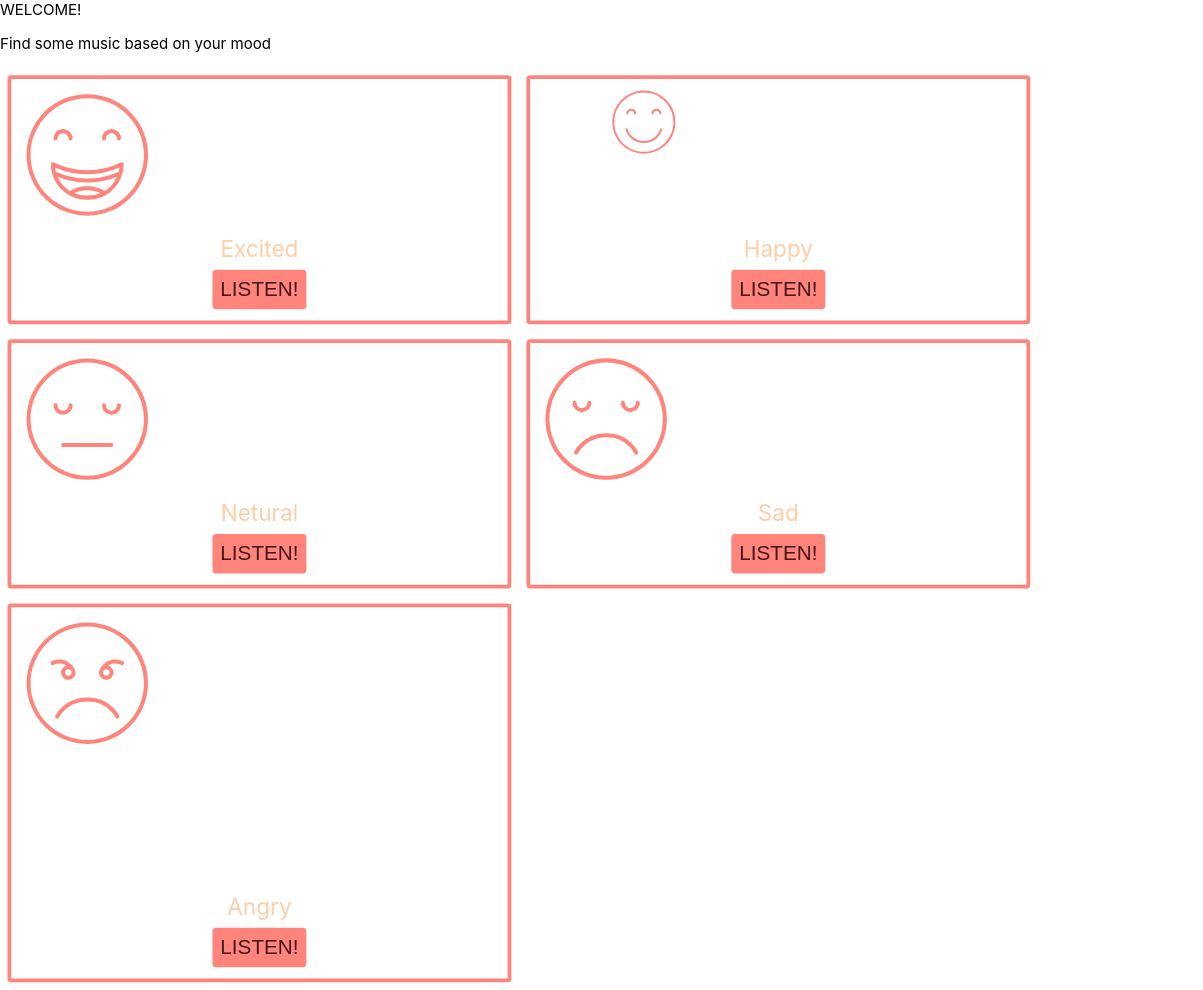
Repository: majakesin/moodify-app
Page: /
An editor plug-in stored every save of this project. The page is shown before and after the next save, followed by the edit.
The browser window is 1280 px wide. The pictures show the whole page, at 94% of full size.
The project was rebuilt for these pictures with package versions that can differ from the ones it lists, and the page was loaded fresh each time.

Above is the page before, as saved 2023-08-21 13:08:33.

### public/index.html
<!DOCTYPE html>
<html lang="en">
  <head>
    <meta charset="utf-8" />
    <link rel="icon" href="%PUBLIC_URL%/logo.svg" />
    <meta name="viewport" content="width=device-width, initial-scale=1" />
    <meta name="theme-color" content="#000000" />
    <meta
      name="description"
      content="Moodify -- App that gives yours ears the best music based on your mood"
    />
    <link rel="apple-touch-icon" href="%PUBLIC_URL%/logo.svg" />
    <!--
      manifest.json provides metadata used when your web app is installed on a
      user's mobile device or desktop. See https://developers.google.com/web/fundamentals/web-app-manifest/
    -->
    <link rel="manifest" href="%PUBLIC_URL%/manifest.json" />
    <!--
      Notice the use of %PUBLIC_URL% in the tags above.
      It will be replaced with the URL of the `public` folder during the build.
      Only files inside the `public` folder can be referenced from the HTML.

      Unlike "/favicon.ico" or "favicon.ico", "%PUBLIC_URL%/favicon.ico" will
      work correctly both with client-side routing and a non-root public URL.
      Learn how to configure a non-root public URL by running `npm run build`.
    -->
    <title>Moodify</title>
  </head>
  <body>
    <noscript>You need to enable JavaScript to run this app.</noscript>
    <div id="root"></div>
    <!--
      This HTML file is a template.
      If you open it directly in the browser, you will see an empty page.

      You can add webfonts, meta tags, or analytics to this file.
      The build step will place the bundled scripts into the <body> tag.

      To begin the development, run `npm start` or `yarn start`.
      To create a production bundle, use `npm run build` or `yarn build`.
    -->
  </body>
</html>

### src/App.js
import "./App.css";
import ChooseMood from "./pages/ChooseMood";

function App() {
  return (
    <div className="App">
      <ChooseMood />
    </div>
  );
}

export default App;

### src/App.css
@import '../src//styles/variables.css';

button {
  border: none;
  border-radius: 4px;
  padding: 8px;
  font-size: 22px;;
  margin: 4px;
  background-color: var(--third-color);
  color: var(--first-color);
}

button:hover {
  cursor: pointer;
}

### src/pages/ChooseMood/index.jsx
import { moods } from 'src/data/moods'
import Mood from 'src/components/Mood';

import styles from './index.module.css';

const ChooseMood = () => {

    return (
        <div>
            WELCOME!
            <p>Find some music based on your mood </p>
            <div className={styles['mood-list']}>
                {moods.map(({ type, icon }) => {
                    return (<Mood type={type} icon={icon} />)
                })}
            </div>
        </div>
    )

};

export default ChooseMood;

### src/styles/variables.css
:root,
:root.pink {
    --first-color: #45171d;
    --second-color: #e84a5f;
    --third-color: #ff847c;
    --fourth-color: #fecea8;
}
    :root.rainbow {
        --first-color: #cbf078;
        --second-color: #f8f398;
        --third-color: #f1b963;
        --fourth-color: #e46161;
    }
    :root.blue {
        --first-color: #5585b5;
        --second-color: #53a8b6;
        --third-color: #79c2d0;
        --fourth-color: #bbe4e9;
    }

### src/data/moods.js
export const moods = [
    {
        type: 'Excited',
        icon: <svg id="SvgjsSvg1081" xmlns="http://www.w3.org/2000/svg" version="1.1" xmlnsXlink="http://www.w3.org/1999/xlink" xmlnsSvgjs="http://svgjs.com/svgjs">
                <defs id="SvgjsDefs1082"></defs>
                <g id="SvgjsG1083">
                    <svg   preserveAspectRatio="xMidYMid meet" xmlns="http://www.w3.org/2000/svg" data-name="Layer 1" viewBox="0 0 1012 1012" width="288" height="288">
                        <path fill="currentcolor" d="M416.51318,95.48682A226.99992,226.99992,0,1,0,95.48682,416.51318,226.99992,226.99992,0,1,0,416.51318,95.48682ZM256,468C139.103,468,44,372.897,44,256S139.103,44,256,44s212,95.103,212,212S372.897,468,256,468ZM137.5,202a7.50006,7.50006,0,0,0,7.5-7.5,20.5,20.5,0,0,1,41,0,7.5,7.5,0,0,0,15,0,35.5,35.5,0,0,0-71,0A7.50006,7.50006,0,0,0,137.5,202Zm181,0a7.50006,7.50006,0,0,0,7.5-7.5,20.5,20.5,0,0,1,41,0,7.5,7.5,0,0,0,15,0,35.5,35.5,0,0,0-71,0A7.50006,7.50006,0,0,0,318.5,202Zm69.95947,82.13037a7.49875,7.49875,0,0,0-7.27832-.356A284.51645,284.51645,0,0,1,257.5,313h-1.48a284.55042,284.55042,0,0,1-125.2002-29.2251A7.4999,7.4999,0,0,0,120,290.5a132.31839,132.31839,0,0,0,79.15625,121.32324A131.47888,131.47888,0,0,0,252.5,423h7a132.5854,132.5854,0,0,0,127.794-97.37988A133.06894,133.06894,0,0,0,392,290.5,7.5003,7.5003,0,0,0,388.45947,284.13037ZM259.5,408h-7a116.58888,116.58888,0,0,1-46.02222-9.36157C219.72205,391.8783,237.33752,388,256.002,388c18.66236,0,36.27466,3.87708,49.51734,10.63538A116.56076,116.56076,0,0,1,259.5,408Zm83.08691-34.41309a117.56809,117.56809,0,0,1-21.38024,16.93219C305.07166,379.48517,281.17847,373,256.002,373c-25.18383,0-49.0852,6.48932-65.22168,17.52966a116.81051,116.81051,0,0,1-46.07495-53.13611,299.90773,299.90773,0,0,0,111.31323,21.61036c.5044,0,1.01612-.00147,1.52051-.00391A300.023,300.023,0,0,0,367.2478,337.40454,117.86031,117.86031,0,0,1,342.58691,373.58691ZM373.6593,318.347A284.8703,284.8703,0,0,1,257.46094,344c-.49219.00293-.97412.00391-1.46387.00391a284.90227,284.90227,0,0,1-117.65942-25.65967,117.74477,117.74477,0,0,1-2.72388-15.77832A299.64178,299.64178,0,0,0,256.02,328h1.519a299.80874,299.80874,0,0,0,118.84668-25.43555A117.6884,117.6884,0,0,1,373.6593,318.347Z" class="color2c2b2d svgShape"></path>
                    </svg>
                </g>
             </svg>
    },
    {
        type: 'Happy',
        icon: <svg id="SvgjsSvg1102" xmlns="http://www.w3.org/2000/svg" version="1.1" xmlnsXlink="http://www.w3.org/1999/xlink" xmlnsSvgjs="http://svgjs.com/svgjs">
                <defs id="SvgjsDefs1103"></defs>
                <g id="SvgjsG1104">
                    <svg xmlns="http://www.w3.org/2000/svg" data-name="Layer 1" viewBox="0 0 1012 1012" >
                        <path fill="currentcolor" d="M382.042,299.40674a7.496,7.496,0,0,0-9.21582,5.251A117.42927,117.42927,0,0,1,259.5,391h-7a117.41578,117.41578,0,0,1-113.32715-86.33447,7.49971,7.49971,0,1,0-14.46484,3.96875A132.417,132.417,0,0,0,252.5,406h7a132.58733,132.58733,0,0,0,127.793-97.37744A7.4999,7.4999,0,0,0,382.042,299.40674ZM416.51367,95.48682A227.00026,227.00026,0,0,0,95.48633,416.51318,227.00026,227.00026,0,0,0,416.51367,95.48682ZM256,468C139.10254,468,44,372.897,44,256S139.10254,44,256,44s212,95.103,212,212S372.89746,468,256,468ZM137.5,202a7.49974,7.49974,0,0,0,7.5-7.5,20.5,20.5,0,0,1,41,0,7.5,7.5,0,0,0,15,0,35.5,35.5,0,0,0-71,0A7.49974,7.49974,0,0,0,137.5,202Zm181,0a7.49974,7.49974,0,0,0,7.5-7.5,20.5,20.5,0,0,1,41,0,7.5,7.5,0,0,0,15,0,35.5,35.5,0,0,0-71,0A7.49974,7.49974,0,0,0,318.5,202Z" class="color2c2b2d svgShape"></path>
                    </svg>
                </g>
            </svg> ,
    },
    {
        type: 'Netural',
        icon: <svg id="SvgjsSvg1123" width="288" xmlns="http://www.w3.org/2000/svg" version="1.1" xmlnsXlink="http://www.w3.org/1999/xlink" xmlnsSvgjs="http://svgjs.com/svgjs">
                <defs id="SvgjsDefs1124"></defs>
                <g id="SvgjsG1125">
                    <svg xmlns="http://www.w3.org/2000/svg" data-name="Layer 1" viewBox="0 0 1012 1012" width="288" height="288">
                        <path fill="currentcolor" d="M201,204.5a7.5,7.5,0,0,0-15,0,20.5,20.5,0,0,1-41,0,7.5,7.5,0,0,0-15,0,35.5,35.5,0,0,0,71,0ZM374.5,197a7.50006,7.50006,0,0,0-7.5,7.5,20.5,20.5,0,0,1-41,0,7.5,7.5,0,0,0-15,0,35.5,35.5,0,0,0,71,0A7.50006,7.50006,0,0,0,374.5,197ZM416.51318,95.48682A226.99992,226.99992,0,1,0,95.48682,416.51318,226.99992,226.99992,0,1,0,416.51318,95.48682ZM256,468C139.103,468,44,372.897,44,256S139.103,44,256,44s212,95.103,212,212S372.897,468,256,468Zm90-123H166a7.5,7.5,0,0,0,0,15H346a7.5,7.5,0,0,0,0-15Z" class="color2c2b2d svgShape"></path>
                    </svg>
                </g>
            </svg>,
    },
    {
        type: 'Sad',
        icon: <svg id="SvgjsSvg1193" width="288" xmlns="http://www.w3.org/2000/svg" version="1.1" xmlnsXlink="http://www.w3.org/1999/xlink" xmlnsSvgjs="http://svgjs.com/svgjs">
                <defs id="SvgjsDefs1194"></defs>
                <g id="SvgjsG1195">
                    <svg xmlns="http://www.w3.org/2000/svg" data-name="Layer 1" viewBox="0 0 1012 1012" width="288" height="288">
                         <path fill="currentcolor" d="M165.5,230A35.54028,35.54028,0,0,0,201,194.5a7.5,7.5,0,0,0-15,0,20.5,20.5,0,0,1-41,0,7.5,7.5,0,0,0-15,0A35.54028,35.54028,0,0,0,165.5,230Zm209-43a7.50006,7.50006,0,0,0-7.5,7.5,20.5,20.5,0,0,1-41,0,7.5,7.5,0,0,0-15,0,35.5,35.5,0,0,0,71,0A7.50006,7.50006,0,0,0,374.5,187ZM353.19336,347.94678A132.16887,132.16887,0,0,0,259.5,309.14014h-7a131.47793,131.47793,0,0,0-53.34082,11.17529,133.55143,133.55143,0,0,0-62.24854,56.51221,7.50013,7.50013,0,0,0,13.07911,7.34472,118.4576,118.4576,0,0,1,55.21435-50.1289A116.57358,116.57358,0,0,1,252.5,324.14014h7a117.16738,117.16738,0,0,1,83.08691,34.41308,117.92616,117.92616,0,0,1,19.42432,25.62061,7.5,7.5,0,0,0,13.07715-7.34766A132.92018,132.92018,0,0,0,353.19336,347.94678Zm63.31982-252.46A226.99992,226.99992,0,1,0,95.48682,416.51318,226.99992,226.99992,0,1,0,416.51318,95.48682ZM256,468C139.103,468,44,372.897,44,256S139.103,44,256,44s212,95.103,212,212S372.897,468,256,468Z" class="color2c2b2d svgShape"></path>
                    </svg>
                </g>
            </svg>,
    },
    {
        type: 'Angry',
        icon: <svg xmlns="http://www.w3.org/2000/svg" data-name="Layer 1" viewBox="0 0 1012 1012" width="288" height="288">
                <path fill="currentcolor" d="M353.19336,347.94629A132.1737,132.1737,0,0,0,259.5,309.13965h-7a131.5101,131.5101,0,0,0-53.3418,11.17578,133.55212,133.55212,0,0,0-62.24707,56.51172,7.49995,7.49995,0,0,0,13.07813,7.3457A118.46814,118.46814,0,0,1,205.20313,334.043,116.60013,116.60013,0,0,1,252.5,324.13965h7a117.16506,117.16506,0,0,1,83.08691,34.41406,117.92838,117.92838,0,0,1,19.42481,25.62012,7.49957,7.49957,0,1,0,13.07617-7.34766A132.91978,132.91978,0,0,0,353.19336,347.94629ZM416.51367,95.48682A227.00044,227.00044,0,0,0,95.48633,416.51367,227.00044,227.00044,0,0,0,416.51367,95.48682ZM256,468C139.10254,468,44,372.89746,44,256,44,139.103,139.10254,44,256,44s212,95.103,212,212C468,372.89746,372.89746,468,256,468ZM175.12207,188.29736c.96533.53955,1.88086,1.10938,2.769,1.69336a27.02454,27.02454,0,1,0,28.58863,9.52246,62.7776,62.7776,0,0,0-24.04029-24.31005c-27.82519-15.55176-56.1748-2.73292-59.31445-1.21973a7.49994,7.49994,0,1,0,6.50977,13.51367C132.05762,186.33057,153.91113,176.44189,175.12207,188.29736ZM185.12012,204a12,12,0,1,1-12,12A12.01344,12.01344,0,0,1,185.12012,204ZM388.875,173.9834c-3.1416-1.51367-31.49121-14.33447-59.31348,1.21924a62.778,62.778,0,0,0-24.04126,24.31054,26.989,26.989,0,1,0,28.58887-9.52234c.88843-.58435,1.804-1.15429,2.76978-1.694,21.21191-11.85743,43.06347-1.96631,45.48632-.79981A7.49994,7.49994,0,1,0,388.875,173.9834ZM338.87988,216a12,12,0,1,1-12-12A12.01343,12.01343,0,0,1,338.87988,216Z" class="color2c2b2d svgShape"></path>
              </svg>,
    }

]

### src/components/Mood/index.jsx
import styles from './index.module.css';

const Mood = (props) => {

    const { type, icon } = props;

    return (
        <div className={styles.card}>
            <div className={styles.icon}>
                {icon}
            </div>
            <div className={styles.content}>
               <span className={styles.title}> {type} </span>
             <button> LISTEN!</button>
            </div>
        </div>
    )
};

export default Mood;

### src/pages/ChooseMood/index.module.css

.wrap {
 color: var(--first-color);
}

.mood-list {
    display: flex;
    flex-direction: row;
    flex-wrap: wrap;
}

### src/components/Mood/index.module.css

@import '../../styles/variables.css';

.card {
    border: 4px solid var(--third-color);
    border-radius: 4px;
    margin: 8px;
    padding: 8px;
    width: 40vw;
}

.icon {
    color: var(--third-color);
}

.content {
    display: flex;
    flex-direction: column;
    align-items: center;

}

.title {
    font-size: 24px;
    color: var(--fourth-color);
    margin: 4px;
}

Loaded but not shown: src/index.js (common file); src/index.css (common file); src/reportWebVitals.js (common file)

After the next save:
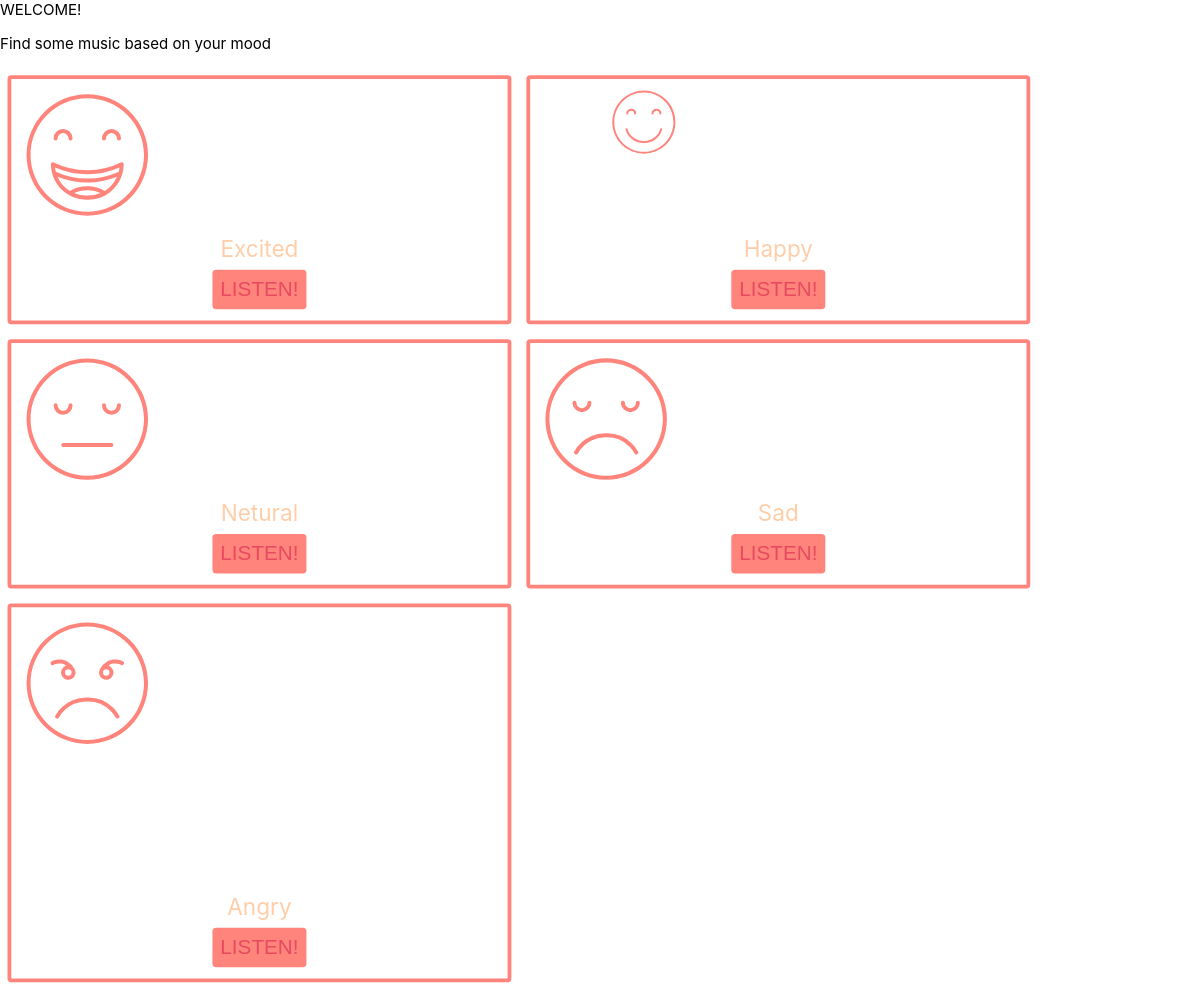
Saved 13 s later.
--- a/src/App.css
+++ b/src/App.css
@@ -7,7 +7,7 @@ button {
   font-size: 22px;;
   margin: 4px;
   background-color: var(--third-color);
-  color: var(--first-color);
+  color: var(--second-color);
 }
 
 button:hover {
